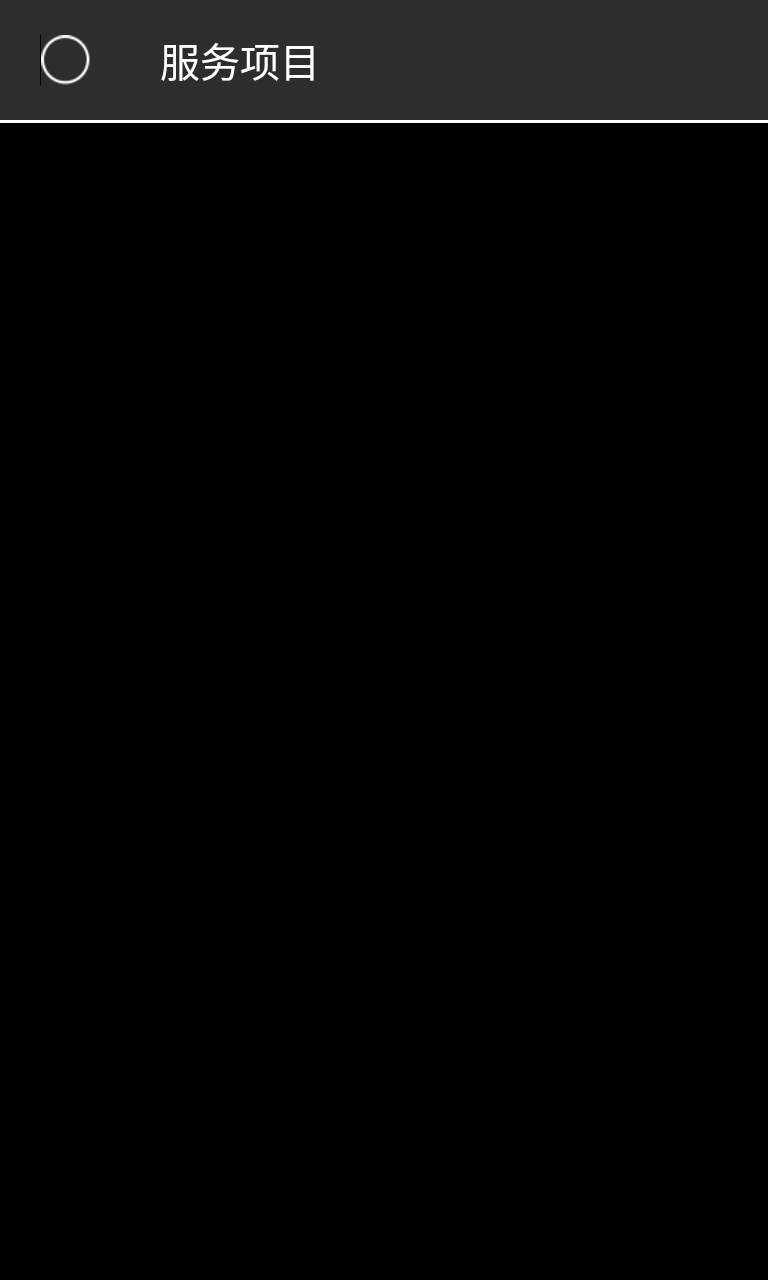
Repository: appleseedez/rongmeme-android
Layout: rmm/res/layout/star_small_item_custom.xml
An editor plug-in stored every save of this project. The layout is shown before and after the next save, followed by the edit.
It is drawn on a 768 x 1280 px phone screen (xhdpi) without system bars, with theme AppTheme; the app's code is not run.

Above is the layout before, as saved 2014-07-02 13:14:08.

After the next save:
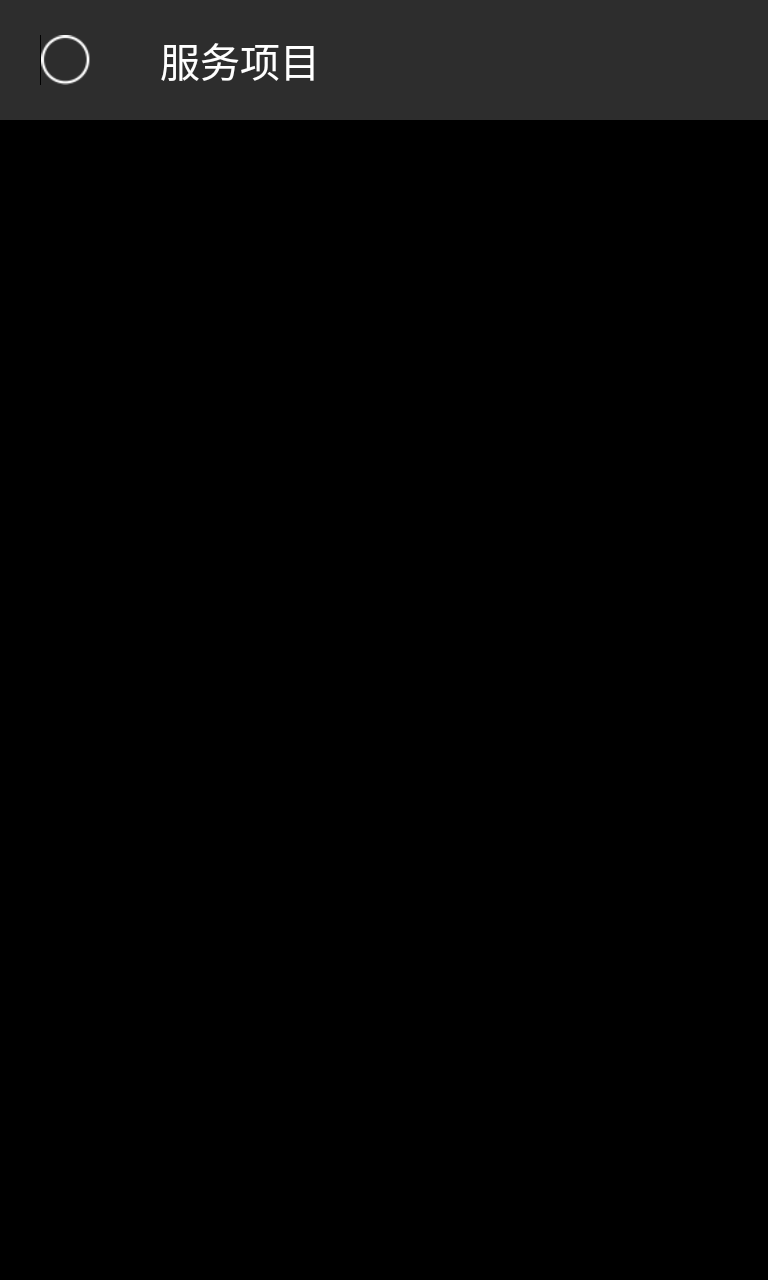
Saved 5 s later.
--- a/rmm/res/layout/star_small_item_custom.xml
+++ b/rmm/res/layout/star_small_item_custom.xml
@@ -38,7 +38,7 @@
     <View
         android:layout_width="match_parent"
         android:layout_height="1.5dp"
-        android:background="@color/white" >
+        android:background="@null" >
     </View>
 
 </LinearLayout>
